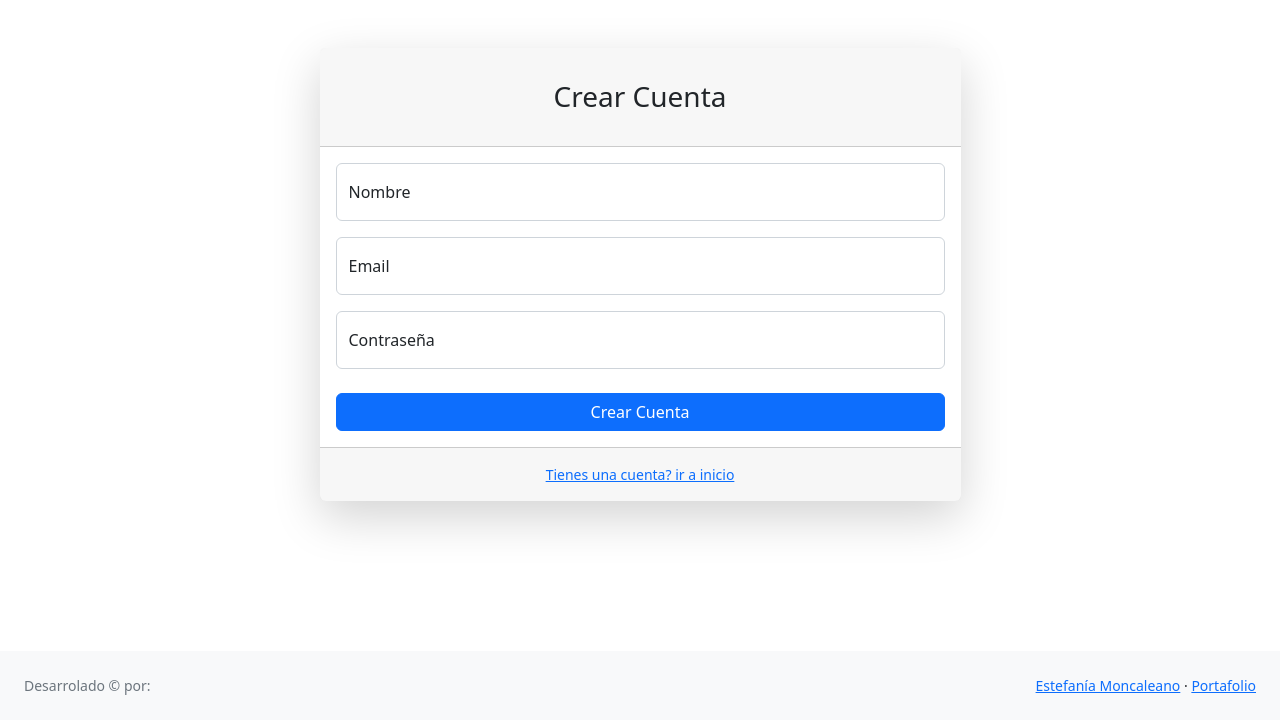
Repository: EstefaMH/Dashboard
Page: register.html
These files come from the project's save history. The page is drawn as it stood at one moment and after a run of saves; the edit follows.
The browser window is 1280 px wide. The pictures show the whole page.
Some web libraries are served in a nearby version.

Above is the page before, as saved 2023-12-29 02:45:01.

### register.html
<!DOCTYPE html>
<html lang="en">

<head>
    <meta charset="utf-8" />
    <meta http-equiv="X-UA-Compatible" content="IE=edge" />
    <meta name="viewport" content="width=device-width, initial-scale=1, shrink-to-fit=no" />
    <meta name="description" content="" />
    <meta name="author" content="" />
    <title>Registro - Admin</title>
    <link href="styles/styles.css" rel="stylesheet" />
    <script src="https://use.fontawesome.com/releases/v6.3.0/js/all.js" crossorigin="anonymous"></script>
</head>

<body class="">
    <div id="layoutAuthentication">
        <div id="layoutAuthentication_content">
            <main>
                <div class="container">
                    <div class="row justify-content-center">
                        <div class="col-lg-7">
                            <div class="card shadow-lg border-0 rounded-lg mt-5">
                                <div class="card-header">
                                    <h3 class="text-center font-weight-light my-4">Crear Cuenta</h3>
                                </div>
                                <div class="card-body">
                                    <form class="form_register" id="form_register" name="form_register"
                                        onsubmit="submitFormRegister()">


                                        <div class="form-floating mb-3 ">
                                            <input required name="userName" class="form-control" id="inputFirstName"
                                                type="text" placeholder="Enter your first name" />
                                            <label for="inputFirstName">Nombre</label>
                                        </div>


                                        <div class="form-floating mb-3">
                                            <input required name="email" class="form-control" id="inputEmail"
                                                type="email" placeholder="name@example.com" />
                                            <label for="inputEmail">Email </label>
                                        </div>


                                        <div class="form-floating mb-3 ">
                                            <input name="password" class="form-control" id="inputPassword"
                                                type="password" placeholder="Create a password" />
                                            <label for="inputPassword">Contraseña</label>
                                        </div>



                                        <div class="mt-4 mb-0">
                                            <div class="d-grid">
                                                <button class="btn btn-primary btn-block">Crear
                                                    Cuenta
                                                </button>
                                            </div>
                                        </div>
                                    </form>
                                </div>
                                <div class="card-footer text-center py-3">
                                    <div class="small"><a href="dashboard.html">Tienes una cuenta? ir a inicio</a></div>
                                </div>
                            </div>
                        </div>
                    </div>
                </div>
            </main>
        </div>
        <div id="layoutAuthentication_footer">
            <footer-component></footer-component>
        </div>
    </div>
    <script src="https://cdn.jsdelivr.net/npm/bootstrap@5.2.3/dist/js/bootstrap.bundle.min.js"
        crossorigin="anonymous"></script>
    <script src="js/scripts.js"></script>
    <script src="components/Footer.js"></script>
    <script src="functions/Auth/Register.js"></script>
    <script src="services/POST/postAdmin.js"></script>
    <script src="handlers/Register.js"></script>
    <script src="models/Admin.js"></script>
</body>

</html>

### js/scripts.js
/*!
    * Start Bootstrap - SB Admin v7.0.7 (https://startbootstrap.com/template/sb-admin)
    * Copyright 2013-2023 Start Bootstrap
    * Licensed under MIT (https://github.com/StartBootstrap/startbootstrap-sb-admin/blob/master/LICENSE)
    */
    //
// Scripts
//

window.addEventListener('DOMContentLoaded', event => {

    // Toggle the side navigation
    const sidebarToggle = document.body.querySelector('#sidebarToggle');
    if (sidebarToggle) {
        // Uncomment Below to persist sidebar toggle between refreshes
        // if (localStorage.getItem('sb|sidebar-toggle') === 'true') {
        //     document.body.classList.toggle('sb-sidenav-toggled');
        // }
        sidebarToggle.addEventListener('click', event => {
            event.preventDefault();
            document.body.classList.toggle('sb-sidenav-toggled');
            localStorage.setItem('sb|sidebar-toggle', document.body.classList.contains('sb-sidenav-toggled'));
        });
    }

});

### components/Footer.js
class FooterComponent extends HTMLElement {

    constructor() {
        super();
        this.render();
    }

    render() {
        this.innerHTML =
            `
            <footer class="py-4 bg-light mt-auto">
                <div class="container-fluid px-4">
                    <div class="d-flex align-items-center justify-content-between small">
                        <div class="text-muted">Desarrolado &copy; por: </div>
                        <div>
                            <a href="https://www.linkedin.com/in/estefan%C3%ADa-moncaleano">Estefanía Moncaleano</a>
                            &middot;
                            <a href="https://portafolio-react-og8w6l76g-estefamh.vercel.app/skills">Portafolio </a>
                        </div>
                    </div>
                </div>
            </footer>
                `
    }
}

customElements.define("footer-component", FooterComponent);

### functions/Auth/Register.js
async function submitFormRegister() {

    const admin = new Admin();

    let form = new FormData(form_register)
    console.log(form);
    const jsonData = {};

    form.forEach((value, key) => {
      jsonData[key] = value;
    });

    admin.userName = jsonData['userName'];
    admin.email = jsonData['email'];
    admin.password = jsonData['password'];

    postAdmin(admin.userName,admin.password , admin.email)
    handleRegister()
  }

### services/POST/postAdmin.js
async function postAdmin(userName, password, email) {

    try {

        const baseUrl = "http://localhost:3000";

        const data = { userName, password, email }

        const headers = {

            method: "POST",
            headers: {
                "Content-Type": "application/json",
            },
            body: JSON.stringify(data),

        }

        const response = await fetch(`${baseUrl}/admin`, headers);

        return response.status;


    } catch (error) {
        console.error("Error:", error);
    }


}

### handlers/Register.js


const handleRegister = () => {
    document.getElementById("form_register")
    .action = "index.html"
}

### models/Admin.js
class Admin {

    constructor(userName, email, password) {
        this.userName = userName;
        this.email = email;
        this.password = password;
    }

    setUser(userName, email, password) {
        localStorage.setItem("userName", userName);
        localStorage.setItem("email", email);
        localStorage.setItem("password", password);
    }

    removeUser() {
        localStorage.removeItem("userName");
        localStorage.removeItem("email");
        localStorage.removeItem("password");

        location.href = ("login.html");
    }


    async findUser(email) {


        let response = getAdmin().then((data) => {

            console.log(data)
            let adminData = data.find(admin => admin.email === email);
            console.log(adminData)

            return adminData;

        })
            .catch(error => {
                console.error('Error en la solicitud:', error);
            });

        return response;
    }

    async validationCredentialsUser(emailForm, passwordForm) {

        let user = await this.findUser(emailForm);
        console.log(user);

        if (user == undefined) {

            Swal.fire({
                title: "Usuario no encontrado",
                text: "Verifica tu email o registrate",
                icon: "warning",
                showCancelButton: true,
                confirmButtonText: "Registrarme",
                cancelButtonText: "Cancelar",
                reverseButtons: true
            }).then((result) => {
                if (result.isConfirmed) {
                    location.href = "register.html";
                }
            });
        }


        let { userName, password, email } = user


        if (emailForm != email) {

            Swal.fire({
                title: "Credenciales incorrectas",
                text: "El email ingresado es incorrecto",
                icon: "error"
            });

        } else if (passwordForm != password) {
            Swal.fire({
                title: "Credenciales incorrectas",
                text: "La contraseña ingresada es incorrecta",
                icon: "error"
            });

        } else {
            location.href = "dashboard.html";
            this.setUser(userName, email, password)
        }
    }

}

Loaded but not shown: styles/styles.css (library)

After the next 3 saves:
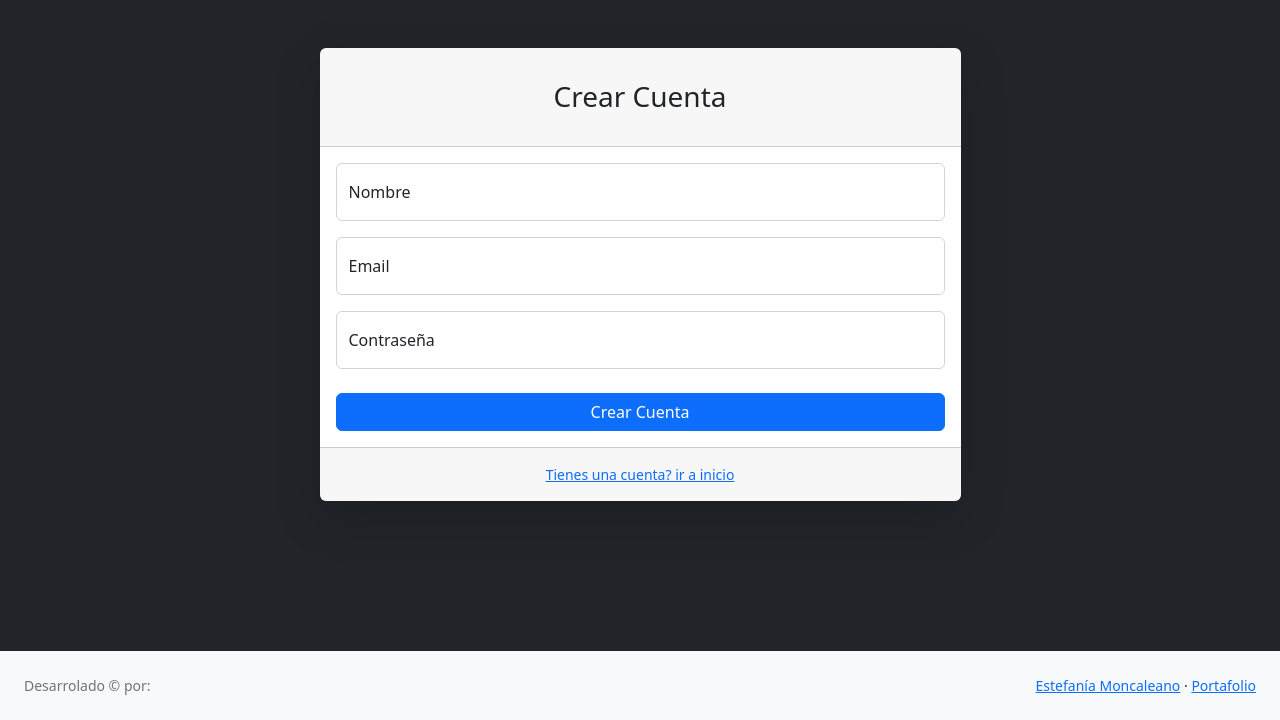
The 3 saves are shown as one change because they came seconds apart.
The last was saved 15 s later.
--- a/register.html
+++ b/register.html
@@ -12,7 +12,7 @@
     <script src="https://use.fontawesome.com/releases/v6.3.0/js/all.js" crossorigin="anonymous"></script>
 </head>
 
-<body class="">
+<body class="bg-dark">
     <div id="layoutAuthentication">
         <div id="layoutAuthentication_content">
             <main>
